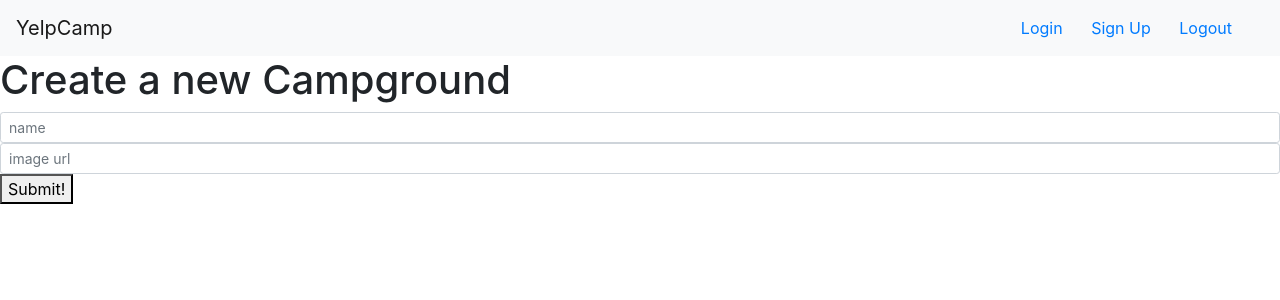
Repository: manojsatya/YelpCamp
Page: http://localhost/campgrounds/new
An editor plug-in stored every save of this project. The page is shown before and after the next save, followed by the edit.
The browser window is 1280 px wide. The pictures show the whole page.
The page is served by the project's Node server (app.js).

Above is the page before, as saved 2019-06-14 17:44:58.
Console error: TypeError: Cannot read properties of undefined (reading 'fn')

After the next save:
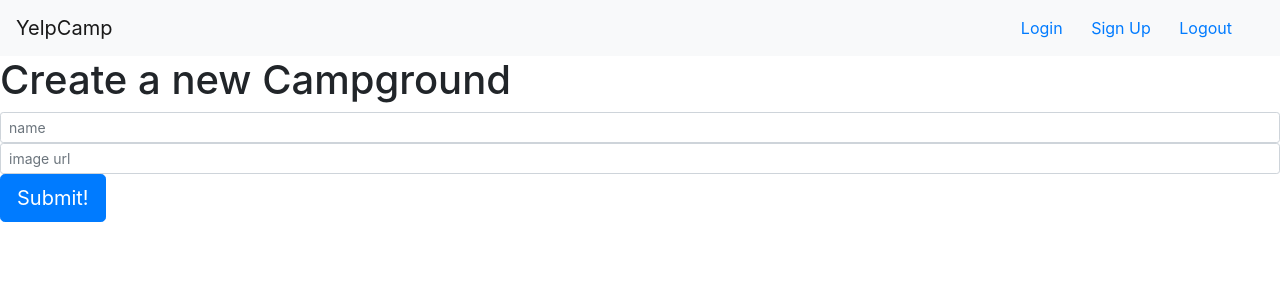
Saved 56 s later.
--- a/views/new.ejs
+++ b/views/new.ejs
@@ -7,7 +7,7 @@
 <form action="/campgrounds" method="POST">
     <input class="form-control form-control-sm" type="text" name="name" id="" placeholder="name">
     <input class="form-control form-control-sm" type="text" name="image" id="" placeholder="image url">
-    <button> Submit!</button>
+    <button class="btn btn-primary btn-lg"> Submit!</button>
 
 </form>
 
